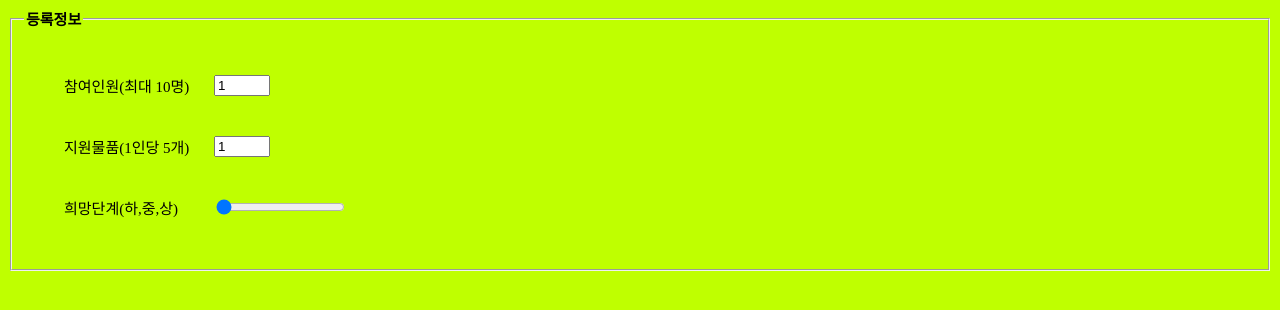
Repository: ygs3004/StudyHTML_CSS
Page: web project 01/src/main/webapp/chapter05/exam05_06.html
The author's editor kept a copy of each file at every save. The page is drawn from the files as they stood at one save, then again after the next save.
The browser window is 1280 px wide. The pictures show the whole page.

Above is the page before, as saved 2022-08-05 05:14:36.

After the next save:
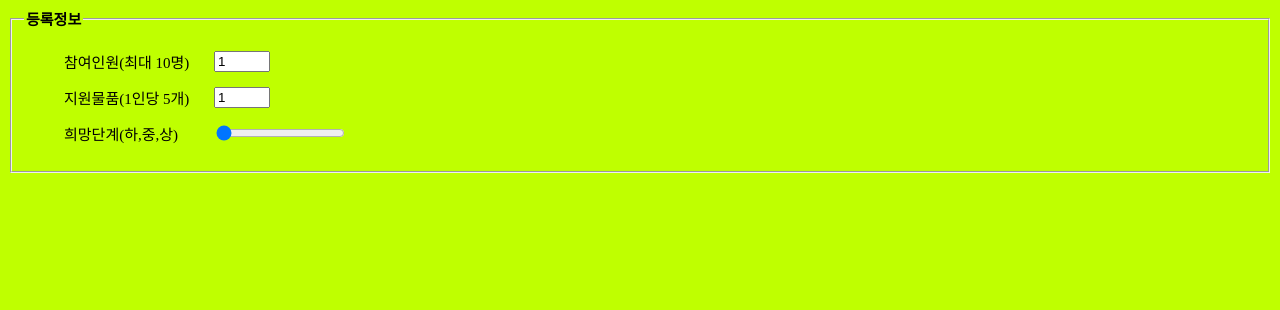
Saved 18 s later.
--- a/web project 01/src/main/webapp/chapter05/exam05_06.html
+++ b/web project 01/src/main/webapp/chapter05/exam05_06.html
@@ -21,7 +21,7 @@
 
 	form ul li{
 		list-style : none;
-		margin:40px 0;
+		margin:15px 0;
 	}
 
 	/*
